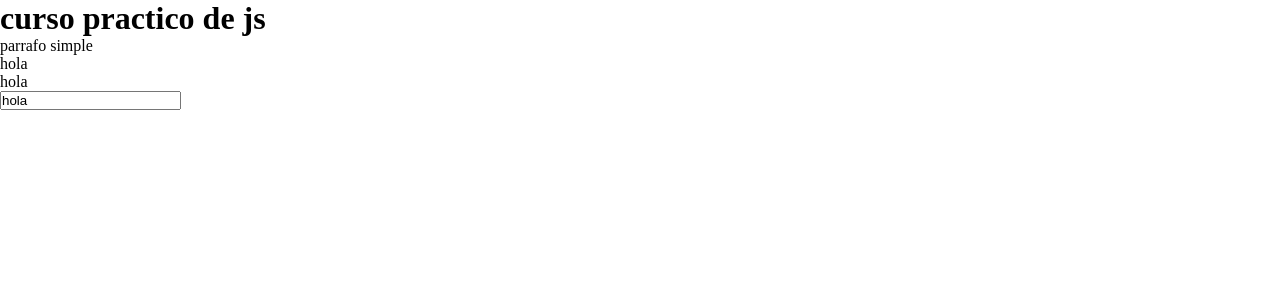
Repository: santig20/nuevo-curso-practico-de-js-platzi
Page: index.html
An editor plug-in stored every save of this project. The page is shown before and after a run of saves, followed by the edit.
The browser window is 1280 px wide. The pictures show the whole page.

Above is the page before, as saved 2022-07-25 09:21:22.

### index.html
<!DOCTYPE html>
<html lang="en">
<head>
    <meta charset="UTF-8">
    <meta http-equiv="X-UA-Compatible" content="IE=edge">
    <link rel="stylesheet" href="style.css">
    <meta name="viewport" content="width=device-width, initial-scale=1.0">
    <title>Document</title>
</head>
<body>
    <h1>hola</h1>
<p class="p">parrafo simple</p>

<p class="parrafo">hola</p>
<p id="parrafo">hola</p>
<input type="text">



<script src="main.js"></script>
</body>
</html>

### style.css
*{
    margin:0 ;
    padding: 0;
    box-sizing: border-box;
}

### main.js

const h1 = document.querySelector("h1")
const p= document.getElementsByClassName("p")
const parrafo = document.querySelector(".parrafo")
const parrafo1 = document.querySelector("#parrafo")
const input = document.querySelector("input")

console.log ({
    h1,
    p,
    parrafo,
    parrafo1,
    input
})
//cambiamos el texto del h1
h1.innerText = "curso practico de js"
//añadimos una clase al h1
h1.classList.add ("rojo");
// removemos la clase al h1
h1.classList.remove ("rojo")
//cambiamos el value del input
input.value = "hola";
//creamos nuevas etiquetas de html
document.createElement ("p");

After the next 2 saves:
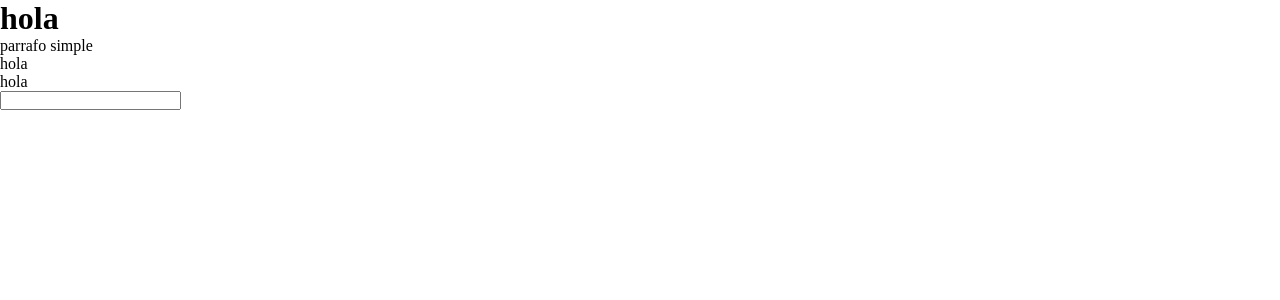
Console error (its wording comes from the project's code and is left out).
The 2 saves are shown as one change because they came seconds apart.
The last was saved 54 s later.
--- a/main.js
+++ b/main.js
@@ -22,3 +22,5 @@ h1.classList.remove ("rojo")
 input.value = "hola";
 //creamos nuevas etiquetas de html
 document.createElement ("p");
+
+/

After the 4 saves that followed:
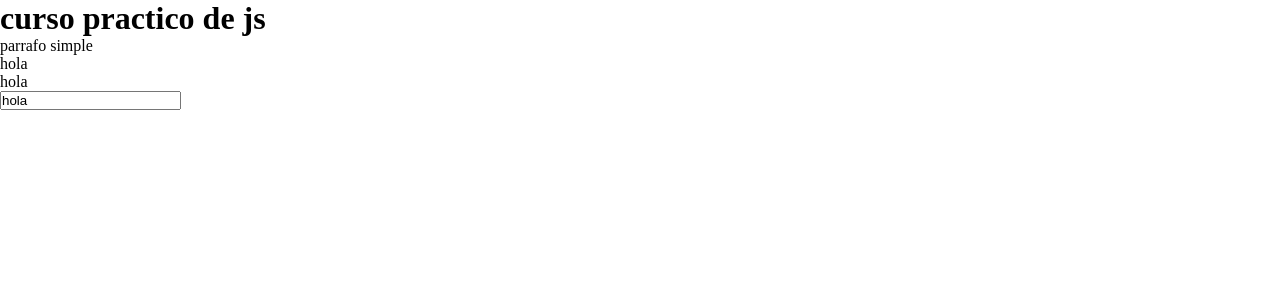
The error is gone.
The 4 saves are shown as one change because they came seconds apart.
The last was saved 10 s later.
--- a/main.js
+++ b/main.js
@@ -22,5 +22,4 @@ h1.classList.remove ("rojo")
 input.value = "hola";
 //creamos nuevas etiquetas de html
 document.createElement ("p");
-
-/
+//ejemplo
